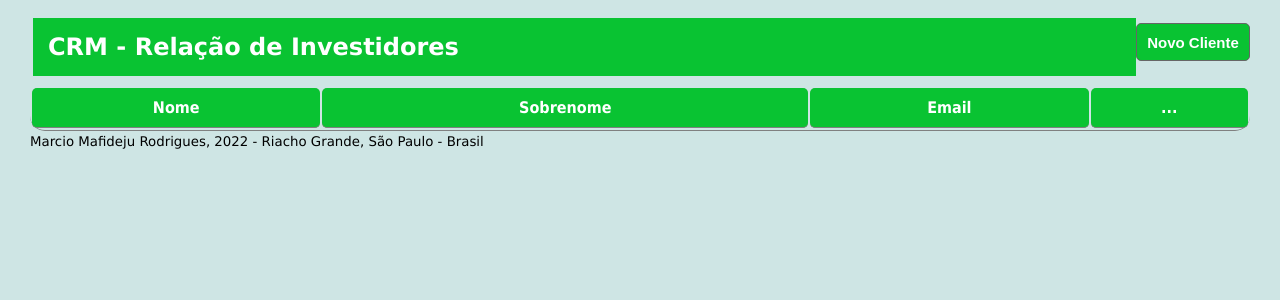
Repository: mafideju/CustomerTracker
Page: http://localhost/web-customer-tracker/WEB-INF/view/list-customers.jsp
These files come from the project's save history. The page is drawn as it stood at one moment and after the next save; the edit follows.
The browser window is 1280 px wide. The pictures show the whole page.
The page is served by Tomcat 9. Nobody is signed in. The template is opened directly, without the code that normally fills it, so the values that code supplies are empty.

Above is the page before, as saved 2022-01-27 16:06:58.

After the next save:
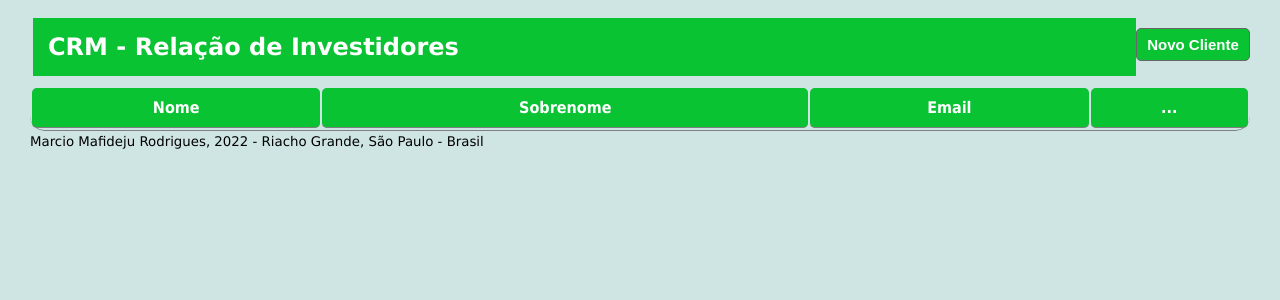
Saved 21 s later.
--- a/web-customer-tracker/WebContent/resources/css/style.css
+++ b/web-customer-tracker/WebContent/resources/css/style.css
@@ -37,7 +37,7 @@ tr:nth-child(odd) {background: #BBBBBB;}
 	font-size: 15px;
 	font-weight: bold;
 	margin-bottom: 15px;
-	margin-top: 15px;
+	margin-top: 20px;
 	padding: 5px 10px;
 	width: 120px;
 }
